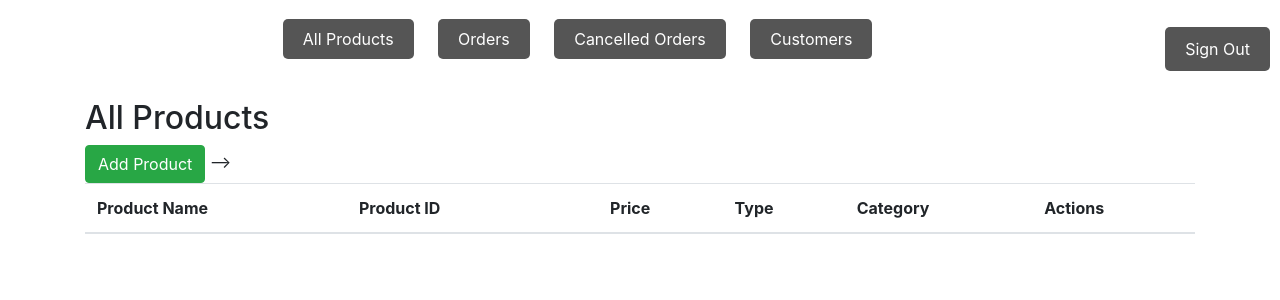
Repository: navaneethaenjam/flask-shop-ease
Page: http://localhost/all_products
An editor plug-in stored every save of this project. The page is shown before and after the next save, followed by the edit.
The browser window is 1280 px wide. The pictures show the whole page.
The page is served by the project's application, run on Flask 3 (app.py). Queries for data that is not in the repository find no rows.

Above is the page before, as saved 2024-05-02 08:24:46.

After the next save:
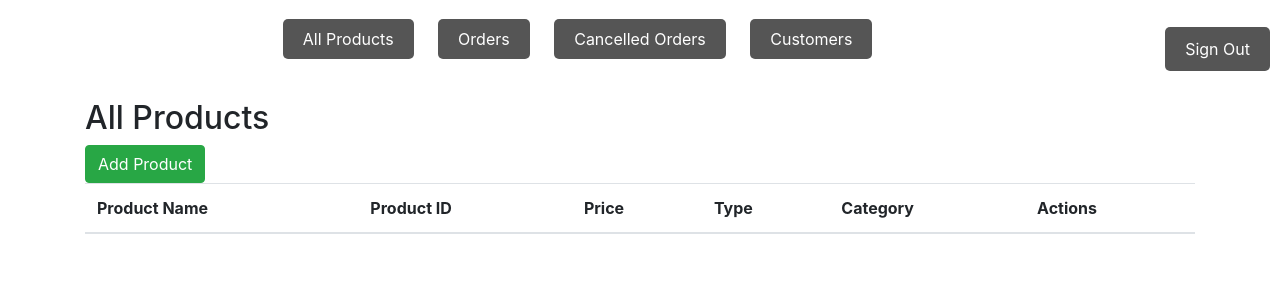
Saved 6 s later.
--- a/templates/all_products.html
+++ b/templates/all_products.html
@@ -63,7 +63,6 @@
                 <tr>
                     <th>Product Name</th>
                     <th>Product ID</th>
-                    <th></th>-->
                     <th>Price</th>
                     <th>Type</th>
                     <th>Category</th>
